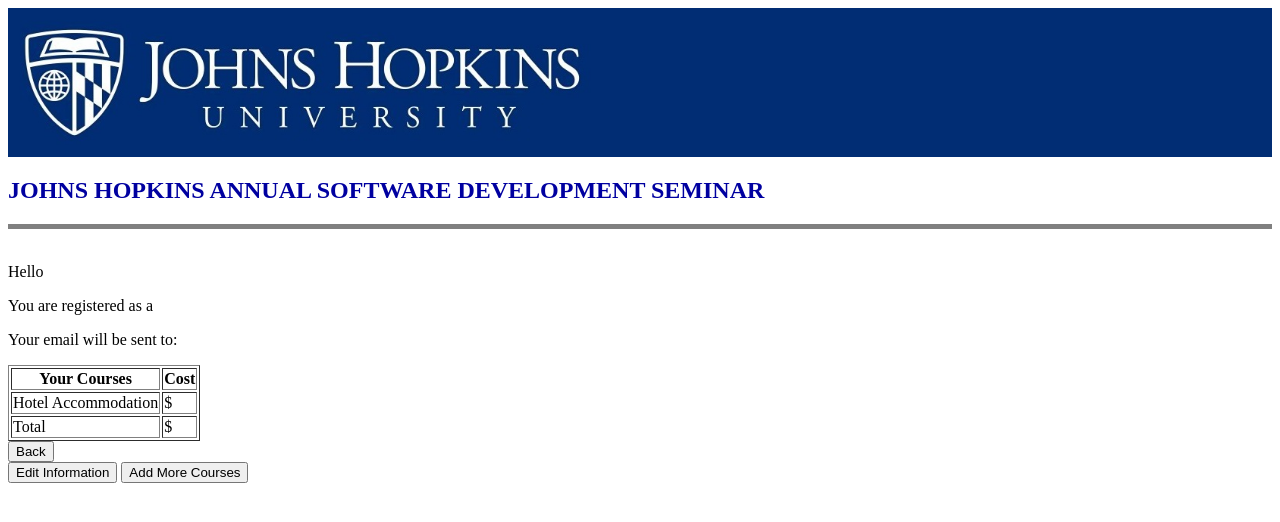
Repository: roridedi/Homework
Page: http://localhost/roridedi3assignment5/success.jsp
An editor plug-in stored every save of this project. The page is shown before and after the next save, followed by the edit.
The browser window is 1280 px wide. The pictures show the whole page.
The page is served by Tomcat 9. The template is opened directly, without the code that normally fills it, so the values that code supplies are empty.

Above is the page before, as saved 2018-07-03 02:38:39.

After the next save:
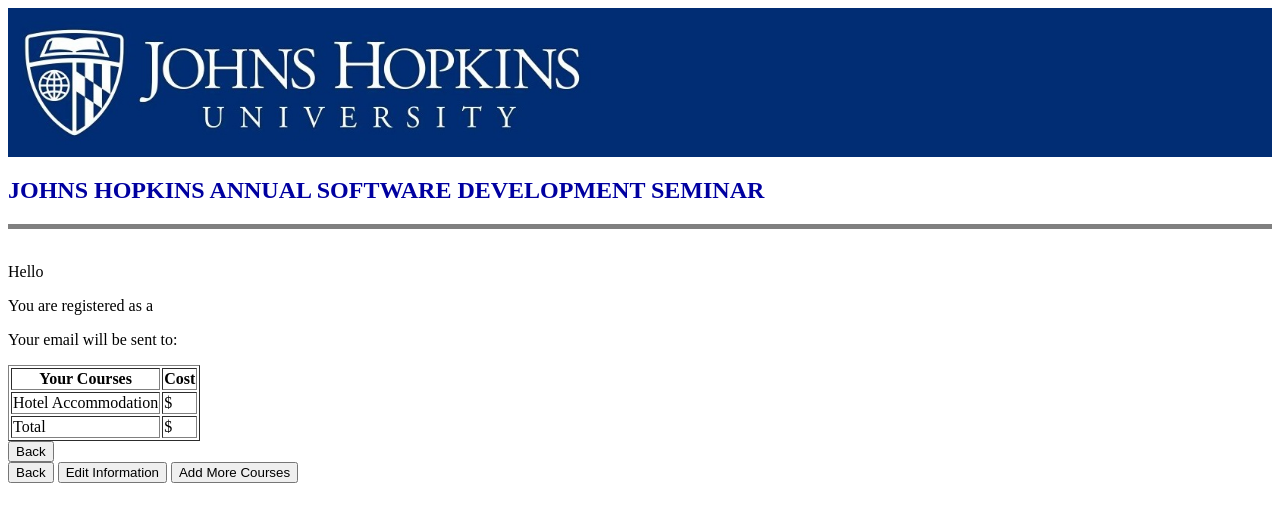
Saved 65 s later.
--- a/roridedi3assignment5/WebContent/success.jsp
+++ b/roridedi3assignment5/WebContent/success.jsp
@@ -60,6 +60,8 @@
 	</div>
 <form action="index.html">
 		<input type="hidden" name="action" value="edit">
+		        <input type="submit" value="Back">
+
         <input type="submit" value="Edit Information">
     	<input type="submit" value="Add More Courses">
 	</form>
